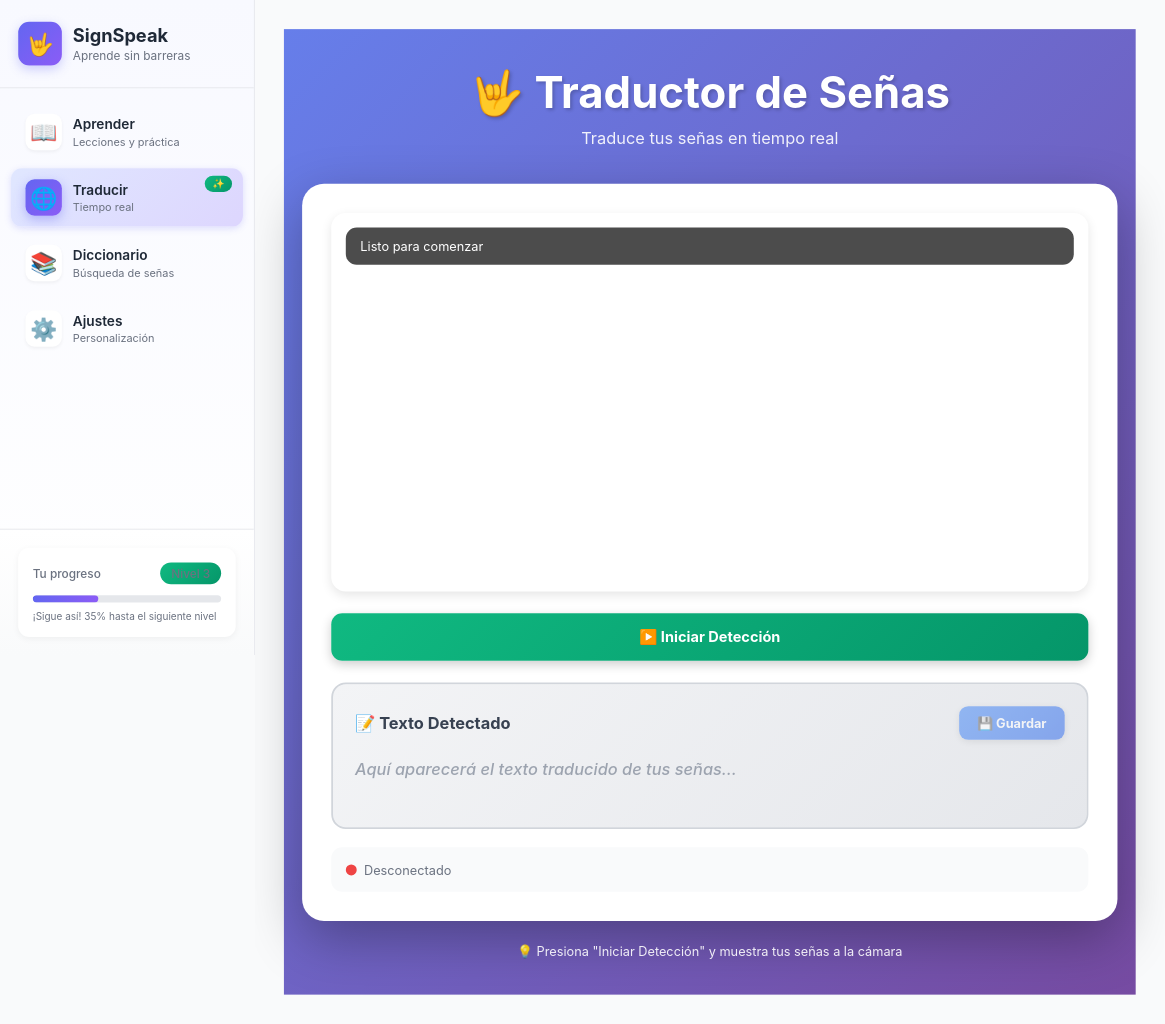
Repository: Aucarure/SignSpeak
Page: / (app in Usuario/frontend/)
The author's editor kept a copy of each file at every save. The page is drawn from the files as they stood at one save, then again after the next save.
The browser window is 1280 px wide. The pictures show the whole page, at 91% of full size.
The page's requests for data from a server got no answer. The project was rebuilt for these pictures with package versions that can differ from the ones it lists, and the page was loaded fresh each time. No one was signed in, and anything a server would have sent is missing. Also part of the build but not shown: Usuario/frontend/vite.config.js, Usuario/frontend/src/pages/Learn.jsx, Usuario/frontend/src/pages/Dictionary.jsx, Usuario/frontend/src/pages/Settings.jsx, Usuario/frontend/src/api/diccionario.js, Usuario/frontend/src/hooks/useDiccionario.js, Usuario/frontend/src/components/diccionario/SenaCard.jsx, Usuario/frontend/src/components/diccionario/UnityPlayer.jsx and 2 more.

Above is the page before, as saved 2025-12-04 11:41:27.

### Usuario/frontend/src/index.css
body {
  margin: 0;
  font-family: -apple-system, BlinkMacSystemFont, 'Segoe UI', 'Roboto', 'Oxygen',
    'Ubuntu', 'Cantarell', 'Fira Sans', 'Droid Sans', 'Helvetica Neue',
    sans-serif;
  -webkit-font-smoothing: antialiased;
  -moz-osx-font-smoothing: grayscale;
}

code {
  font-family: source-code-pro, Menlo, Monaco, Consolas, 'Courier New',
    monospace;
}

#root {
  min-height: 100vh;
}

### Usuario/frontend/src/App.jsx
import React from 'react';
import { BrowserRouter, Routes, Route, Navigate } from 'react-router-dom';
import MainLayout from './components/Layout/MainLayout';
import Translator from './pages/Translator';
import Learn from './pages/Learn';
import Dictionary from './pages/Dictionary';
import Settings from './pages/Settings';
import DiccionarioPage from './pages/diccionario/DiccionarioPage';
import './App.css';

function App() {
  return (
    <BrowserRouter>
      <Routes>
        <Route path="/" element={<MainLayout />}>
          <Route index element={<Navigate to="/traducir" replace />} />
          <Route path="aprender" element={<Learn />} />
          <Route path="traducir" element={<Translator />} />
          <Route path="diccionario" element={<DiccionarioPage />} />
          <Route path="ajustes" element={<Settings />} />
        </Route>
      </Routes>
    </BrowserRouter>
  );
}

export default App;

### Usuario/frontend/src/components/Layout/MainLayout.jsx
import React from 'react';
import { Outlet } from 'react-router-dom';
import Sidebar from './Sidebar';
import './MainLayout.css';

function MainLayout() {
  return (
    <div className="main-layout">
      <Sidebar />
      <div className="content-area">
        <Outlet />
      </div>
    </div>
  );
}

export default MainLayout;

### Usuario/frontend/src/pages/Translator.jsx
import React, { useRef, useEffect, useState, useCallback } from 'react';
import Webcam from 'react-webcam';

// Simulación de las APIs (mantener las importaciones reales en tu código)
const api = {
  connect: () => Promise.resolve(),
  sendFrame: () => {},
  disconnect: () => {}
};

const conversacionApi = {
  crearConversacion: () => Promise.resolve({ idConversacion: 1, guardada: false }),
  agregarMensaje: () => Promise.resolve(),
  guardarConversacion: (id, guardada) => Promise.resolve({ idConversacion: id, guardada }),
  finalizarConversacion: () => Promise.resolve()
};

function Translator() {
  const webcamRef = useRef(null);
  const intervalRef = useRef(null);

  const [detectedSign, setDetectedSign] = useState('');
  const [lastAddedSign, setLastAddedSign] = useState('');
  const [lastSignTime, setLastSignTime] = useState(0);
  const [confidence, setConfidence] = useState(0);
  const [status, setStatus] = useState('Listo para comenzar');
  const [isConnected, setIsConnected] = useState(false);
  const [isDetecting, setIsDetecting] = useState(false);
  const [handDetected, setHandDetected] = useState(false);
  const [sequenceProgress, setSequenceProgress] = useState(0);
  const [detectedText, setDetectedText] = useState('');

  // Estado para conversación
  const [conversacionActual, setConversacionActual] = useState(null);
  const [guardandoConversacion, setGuardandoConversacion] = useState(false);
  const idUsuario = 1;

  const SIGN_COOLDOWN = 2000;

  const connectToServer = useCallback(async () => {
    try {
      await api.connect(
        (data) => {
          if (data.error) {
            setStatus(`Error: ${data.error}`);
            return;
          }

          const newSign = data.prediction || '';
          const newConfidence = data.confidence || 0;
          const currentTime = Date.now();

          setConfidence(newConfidence);
          setHandDetected(data.hand_detected || false);
          setSequenceProgress(data.sequence_progress || 0);

          if (newSign && newConfidence > 0.6) {
            setDetectedSign(newSign);

            const isDifferentSign = newSign !== lastAddedSign;
            const hasTimeElapsed = (currentTime - lastSignTime) > SIGN_COOLDOWN;

            if (isDifferentSign || (newSign === lastAddedSign && hasTimeElapsed)) {
              // Agregar seña al texto detectado
              setDetectedText(prev => prev ? `${prev} ${newSign}` : newSign);

              // Guardar en BD si hay conversación activa
              if (conversacionActual) {
                conversacionApi.agregarMensaje(conversacionActual.idConversacion, {
                  tipoMensaje: 'seña_detectada',
                  señaDetectada: newSign,
                  confianzaDeteccion: newConfidence
                }).catch(err => console.error('Error guardando mensaje:', err));
              }

              setLastAddedSign(newSign);
              setLastSignTime(currentTime);
              setStatus(`✅ Seña detectada: ${newSign}`);
            }
          } else if (data.hand_detected) {
            setStatus(`🔄 Acumulando frames: ${data.sequence_progress}/30`);
          } else {
            setStatus('👋 Muestra tu mano a la cámara');
          }
        },
        (error) => {
          setStatus('❌ Error de conexión');
          setIsConnected(false);
          console.error('Error:', error);
        }
      );
      setIsConnected(true);
      setStatus('✅ Conectado al servidor');
    } catch (error) {
      setStatus('❌ No se pudo conectar al servidor');
      console.error(error);
    }
  }, [lastAddedSign, lastSignTime, conversacionActual]);

  const startDetection = useCallback(async () => {
    if (!isConnected) {
      await connectToServer();
    }

    // Crear conversación en BD al iniciar detección
    if (!conversacionActual) {
      try {
        const nuevaConversacion = await conversacionApi.crearConversacion(
          idUsuario,
          `Conversación ${new Date().toLocaleString('es-ES')}`
        );
        setConversacionActual(nuevaConversacion);
        console.log('✅ Conversación creada:', nuevaConversacion);
      } catch (error) {
        console.error('Error creando conversación:', error);
      }
    }

    setIsDetecting(true);
    setStatus('🔄 Detectando señas...');

    intervalRef.current = setInterval(() => {
      if (webcamRef.current) {
        const imageSrc = webcamRef.current.getScreenshot();
        if (imageSrc) {
          api.sendFrame(imageSrc);
        }
      }
    }, 100);
  }, [isConnected, conversacionActual, connectToServer]);

  const stopDetection = useCallback(() => {
    setIsDetecting(false);
    setStatus('⏸️ Detección pausada');
    if (intervalRef.current) {
      clearInterval(intervalRef.current);
    }
  }, []);

  const guardarConversacion = async () => {
    if (!conversacionActual) {
      alert('⚠️ No hay conversación activa para guardar');
      return;
    }

    console.log('📝 Intentando guardar conversación:', {
      id: conversacionActual.idConversacion,
      estado_actual: conversacionActual.guardada
    });

    setGuardandoConversacion(true);
    try {
      const nuevoEstado = !conversacionActual.guardada;

      const conversacionGuardada = await conversacionApi.guardarConversacion(
        conversacionActual.idConversacion,
        nuevoEstado
      );

      setConversacionActual(conversacionGuardada);
      alert(nuevoEstado ? '✅ Conversación guardada' : '📌 Conversación removida');

    } catch (error) {
      console.error('❌ Error completo:', error);
      alert(`❌ Error: ${error.response?.data?.message || 'Error al guardar'}`);
    } finally {
      setGuardandoConversacion(false);
    }
  };

  const limpiarTexto = () => {
    setDetectedText('');
    setLastAddedSign('');
    setLastSignTime(0);
  };

  const finalizarConversacion = async () => {
    if (conversacionActual) {
      try {
        await conversacionApi.finalizarConversacion(conversacionActual.idConversacion);
        console.log('✅ Conversación finalizada');
      } catch (error) {
        console.error('Error finalizando conversación:', error);
      }
    }

    stopDetection();
    setDetectedText('');
    setLastAddedSign('');
    setLastSignTime(0);
    setConversacionActual(null);
  };

  useEffect(() => {
    return () => {
      if (intervalRef.current) {
        clearInterval(intervalRef.current);
      }
      api.disconnect();
    };
  }, []);

  const videoConstraints = {
    width: 1280,
    height: 720,
    facingMode: 'user'
  };

  return (
    <div style={{
      minHeight: '100vh',
      background: 'linear-gradient(135deg, #667eea 0%, #764ba2 100%)',
      padding: '40px 20px'
    }}>
      <div style={{
        maxWidth: '900px',
        margin: '0 auto'
      }}>
        {/* Header */}
        <div style={{
          textAlign: 'center',
          marginBottom: '40px',
          color: 'white'
        }}>
          <h1 style={{
            fontSize: '48px',
            fontWeight: 'bold',
            marginBottom: '10px',
            textShadow: '2px 2px 4px rgba(0,0,0,0.2)'
          }}>
            🤟 Traductor de Señas
          </h1>
          <p style={{
            fontSize: '18px',
            opacity: 0.9
          }}>
            Traduce tus señas en tiempo real
          </p>
        </div>

        {/* Main Card */}
        <div style={{
          background: 'white',
          borderRadius: '24px',
          padding: '32px',
          boxShadow: '0 20px 60px rgba(0,0,0,0.3)'
        }}>
          {/* Webcam */}
          <div style={{
            position: 'relative',
            borderRadius: '16px',
            overflow: 'hidden',
            marginBottom: '24px',
            boxShadow: '0 4px 12px rgba(0,0,0,0.1)'
          }}>
            <Webcam
              ref={webcamRef}
              audio={false}
              screenshotFormat="image/jpeg"
              videoConstraints={videoConstraints}
              style={{
                width: '100%',
                height: 'auto',
                display: 'block'
              }}
            />

            {/* Status Overlay */}
            <div style={{
              position: 'absolute',
              top: '16px',
              left: '16px',
              right: '16px',
              background: 'rgba(0,0,0,0.7)',
              color: 'white',
              padding: '12px 16px',
              borderRadius: '12px',
              fontSize: '14px',
              display: 'flex',
              justifyContent: 'space-between',
              alignItems: 'center'
            }}>
              <span>{status}</span>
              {handDetected && (
                <span style={{
                  background: '#10b981',
                  padding: '4px 12px',
                  borderRadius: '20px',
                  fontSize: '12px',
                  fontWeight: 'bold'
                }}>
                  ✋ Mano detectada
                </span>
              )}
            </div>

            {/* Detection Progress */}
            {isDetecting && (
              <div style={{
                position: 'absolute',
                bottom: '16px',
                left: '16px',
                right: '16px',
                background: 'rgba(0,0,0,0.7)',
                borderRadius: '12px',
                padding: '8px',
                color: 'white',
                fontSize: '12px'
              }}>
                <div style={{
                  marginBottom: '4px',
                  fontSize: '11px',
                  opacity: 0.8
                }}>
                  Progreso: {sequenceProgress}/30 frames
                </div>
                <div style={{
                  background: 'rgba(255,255,255,0.2)',
                  height: '6px',
                  borderRadius: '3px',
                  overflow: 'hidden'
                }}>
                  <div style={{
                    background: '#10b981',
                    height: '100%',
                    width: `${(sequenceProgress / 30) * 100}%`,
                    transition: 'width 0.3s ease'
                  }}></div>
                </div>
              </div>
            )}
          </div>

          {/* Control Buttons */}
          <div style={{
            display: 'flex',
            gap: '12px',
            marginBottom: '24px'
          }}>
            <button
              onClick={isDetecting ? stopDetection : startDetection}
              style={{
                flex: 1,
                padding: '16px 24px',
                fontSize: '16px',
                fontWeight: 'bold',
                border: 'none',
                borderRadius: '12px',
                cursor: 'pointer',
                transition: 'all 0.3s ease',
                background: isDetecting
                  ? 'linear-gradient(135deg, #ef4444 0%, #dc2626 100%)'
                  : 'linear-gradient(135deg, #10b981 0%, #059669 100%)',
                color: 'white',
                boxShadow: '0 4px 12px rgba(0,0,0,0.2)'
              }}
            >
              {isDetecting ? '⏸️ Pausar Detección' : '▶️ Iniciar Detección'}
            </button>

            {detectedText && (
              <button
                onClick={limpiarTexto}
                style={{
                  padding: '16px 24px',
                  fontSize: '16px',
                  fontWeight: 'bold',
                  border: 'none',
                  borderRadius: '12px',
                  cursor: 'pointer',
                  background: '#6b7280',
                  color: 'white',
                  boxShadow: '0 4px 12px rgba(0,0,0,0.2)'
                }}
              >
                🗑️ Limpiar
              </button>
            )}
          </div>

          {/* Detected Text Area */}
          <div style={{
            background: 'linear-gradient(135deg, #f3f4f6 0%, #e5e7eb 100%)',
            borderRadius: '16px',
            padding: '24px',
            marginBottom: '20px',
            minHeight: '120px',
            border: '2px solid #d1d5db'
          }}>
            <div style={{
              display: 'flex',
              justifyContent: 'space-between',
              alignItems: 'center',
              marginBottom: '12px'
            }}>
              <h3 style={{
                margin: 0,
                fontSize: '18px',
                fontWeight: 'bold',
                color: '#374151'
              }}>
                📝 Texto Detectado
              </h3>

              <button
                onClick={guardarConversacion}
                disabled={guardandoConversacion || !conversacionActual || !detectedText}
                style={{
                  padding: '10px 20px',
                  fontSize: '14px',
                  fontWeight: 'bold',
                  border: 'none',
                  borderRadius: '10px',
                  cursor: conversacionActual && detectedText ? 'pointer' : 'not-allowed',
                  transition: 'all 0.3s ease',
                  background: conversacionActual?.guardada
                    ? 'linear-gradient(135deg, #10b981 0%, #059669 100%)'
                    : 'linear-gradient(135deg, #3b82f6 0%, #2563eb 100%)',
                  color: 'white',
                  opacity: (!conversacionActual || !detectedText) ? 0.5 : 1,
                  boxShadow: '0 2px 8px rgba(0,0,0,0.15)'
                }}
              >
                {guardandoConversacion
                  ? '⏳ Guardando...'
                  : conversacionActual?.guardada
                    ? '✅ Guardada'
                    : '💾 Guardar'}
              </button>
            </div>

            <div style={{
              fontSize: '24px',
              color: '#1f2937',
              fontWeight: '500',
              minHeight: '60px',
              lineHeight: '1.6',
              wordWrap: 'break-word'
            }}>
              {detectedText || (
                <span style={{
                  color: '#9ca3af',
                  fontSize: '18px',
                  fontStyle: 'italic'
                }}>
                  Aquí aparecerá el texto traducido de tus señas...
                </span>
              )}
            </div>

            {detectedSign && (
              <div style={{
                marginTop: '12px',
                padding: '8px 12px',
                background: 'white',
                borderRadius: '8px',
                display: 'inline-block',
                fontSize: '14px',
                color: '#6b7280'
              }}>
                Última seña: <strong style={{ color: '#374151' }}>{detectedSign}</strong>
                {confidence > 0 && (
                  <span style={{ marginLeft: '8px' }}>
                    ({(confidence * 100).toFixed(0)}% confianza)
                  </span>
                )}
              </div>
            )}
          </div>

          {/* Info Footer */}
          <div style={{
            display: 'flex',
            justifyContent: 'space-between',
            alignItems: 'center',
            padding: '16px',
            background: '#f9fafb',
            borderRadius: '12px',
            fontSize: '14px',
            color: '#6b7280'
          }}>
            <div style={{ display: 'flex', alignItems: 'center', gap: '8px' }}>
              <span style={{
                width: '12px',
                height: '12px',
                borderRadius: '50%',
                background: isConnected ? '#10b981' : '#ef4444',
                display: 'inline-block'
              }}></span>
              {isConnected ? 'Conectado' : 'Desconectado'}
            </div>

            {conversacionActual && (
              <div style={{ fontSize: '12px' }}>
                ID Conversación: {conversacionActual.idConversacion}
              </div>
            )}

            {conversacionActual && (
              <button
                onClick={finalizarConversacion}
                style={{
                  padding: '6px 12px',
                  fontSize: '12px',
                  border: '1px solid #dc2626',
                  borderRadius: '6px',
                  background: 'white',
                  color: '#dc2626',
                  cursor: 'pointer',
                  fontWeight: '500'
                }}
              >
                Finalizar Conversación
              </button>
            )}
          </div>
        </div>

        {/* Help Text */}
        <div style={{
          textAlign: 'center',
          marginTop: '24px',
          color: 'white',
          fontSize: '14px',
          opacity: 0.9
        }}>
          💡 Presiona "Iniciar Detección" y muestra tus señas a la cámara
        </div>
      </div>
    </div>
  );
}

export default Translator;

### Usuario/frontend/src/App.css
* {
  box-sizing: border-box;
  margin: 0;
  padding: 0;
}

body {
  font-family: -apple-system, BlinkMacSystemFont, 'Segoe UI', 'Roboto', 'Oxygen',
    'Ubuntu', 'Cantarell', 'Fira Sans', 'Droid Sans', 'Helvetica Neue',
    sans-serif;
  -webkit-font-smoothing: antialiased;
  -moz-osx-font-smoothing: grayscale;
  background: #f9fafb;
}

button {
  font-family: inherit;
}

.App {
  min-height: 100vh;
}


/* AGREGAR AL INICIO DE APP.CSS */

/* Reset global para eliminar espacios blancos */
* {
  margin: 0;
  padding: 0;
  box-sizing: border-box;
}

html {
  height: 100%;
  width: 100%;
}

body {
  height: 100%;
  width: 100%;
  margin: 0;
  padding: 0;
  overflow-x: hidden;
}

#root {
  min-height: 100vh;
  width: 100%;
  display: flex;
  flex-direction: column;
}

.App {
  min-height: 100vh;
  width: 100%;
  display: flex;
}

.app-container {
  display: flex;
  width: 100%;
  min-height: 100vh;
}

.main-content {
  flex: 1;
  min-height: 100vh;
  overflow-y: auto;
}

.sidebar {
  min-height: 100vh;
}

/* Modo oscuro - Sin espacios blancos */
html.dark-mode,
body.dark-mode {
  background-color: #0f172a !important;
}

body.dark-mode #root,
body.dark-mode .App,
body.dark-mode .app-container,
body.dark-mode .main-content {
  background-color: #0f172a !important;
}

### Usuario/frontend/src/components/Layout/Sidebar.jsx
import React from 'react';
import { useNavigate, useLocation } from 'react-router-dom';
import './Sidebar.css';

function Sidebar() {
  const navigate = useNavigate();
  const location = useLocation();

  const menuItems = [
    {
      id: 'learn',
      icon: '📖',
      title: 'Aprender',
      subtitle: 'Lecciones y práctica',
      path: '/aprender'
    },
    {
      id: 'translate',
      icon: '🌐',
      title: 'Traducir',
      subtitle: 'Tiempo real',
      path: '/traducir',
      badge: '✨'
    },
    {
      id: 'dictionary',
      icon: '📚',
      title: 'Diccionario',
      subtitle: 'Búsqueda de señas',
      path: '/diccionario'
    },
    {
      id: 'settings',
      icon: '⚙️',
      title: 'Ajustes',
      subtitle: 'Personalización',
      path: '/ajustes'
    }
  ];

  const isActive = (path) => location.pathname === path;

  return (
    <div className="sidebar">
      {/* Header */}
      <div className="sidebar-header">
        <div className="logo-container">
          <div className="logo-icon">🤟</div>
          <div className="logo-text">
            <h1>SignSpeak</h1>
            <p>Aprende sin barreras</p>
          </div>
        </div>
      </div>

      {/* Menu Items */}
      <nav className="sidebar-nav">
        {menuItems.map((item) => (
          <button
            key={item.id}
            className={`menu-item ${isActive(item.path) ? 'active' : ''}`}
            onClick={() => navigate(item.path)}
          >
            <div className="menu-icon">{item.icon}</div>
            <div className="menu-content">
              <span className="menu-title">{item.title}</span>
              <span className="menu-subtitle">{item.subtitle}</span>
            </div>
            {item.badge && <span className="menu-badge">{item.badge}</span>}
          </button>
        ))}
      </nav>

      {/* Progress Section */}
      <div className="sidebar-footer">
        <div className="progress-section">
          <div className="progress-header">
            <span>Tu progreso</span>
            <span className="progress-level">Nivel 3</span>
          </div>
          <div className="progress-bar-container">
            <div className="progress-bar" style={{ width: '35%' }}></div>
          </div>
          <p className="progress-text">¡Sigue así! 35% hasta el siguiente nivel</p>
        </div>
      </div>
    </div>
  );
}

export default Sidebar;

### Usuario/frontend/src/components/Layout/MainLayout.css
.main-layout {
  display: flex;
  min-height: 100vh;
  background: #f9fafb;
}

.content-area {
  flex: 1;
  margin-left: 280px;
  padding: 32px;
  overflow-y: auto;
}

@media (max-width: 768px) {
  .content-area {
    margin-left: 0;
    padding: 16px;
  }
}

Loaded but not shown: Usuario/frontend/index.html (common file); Usuario/frontend/src/main.jsx (common file); Usuario/frontend/src/pages/Pages.css (392 lines, source omitted); Usuario/frontend/src/components/Layout/Sidebar.css (203 lines, source omitted)

After the next save:
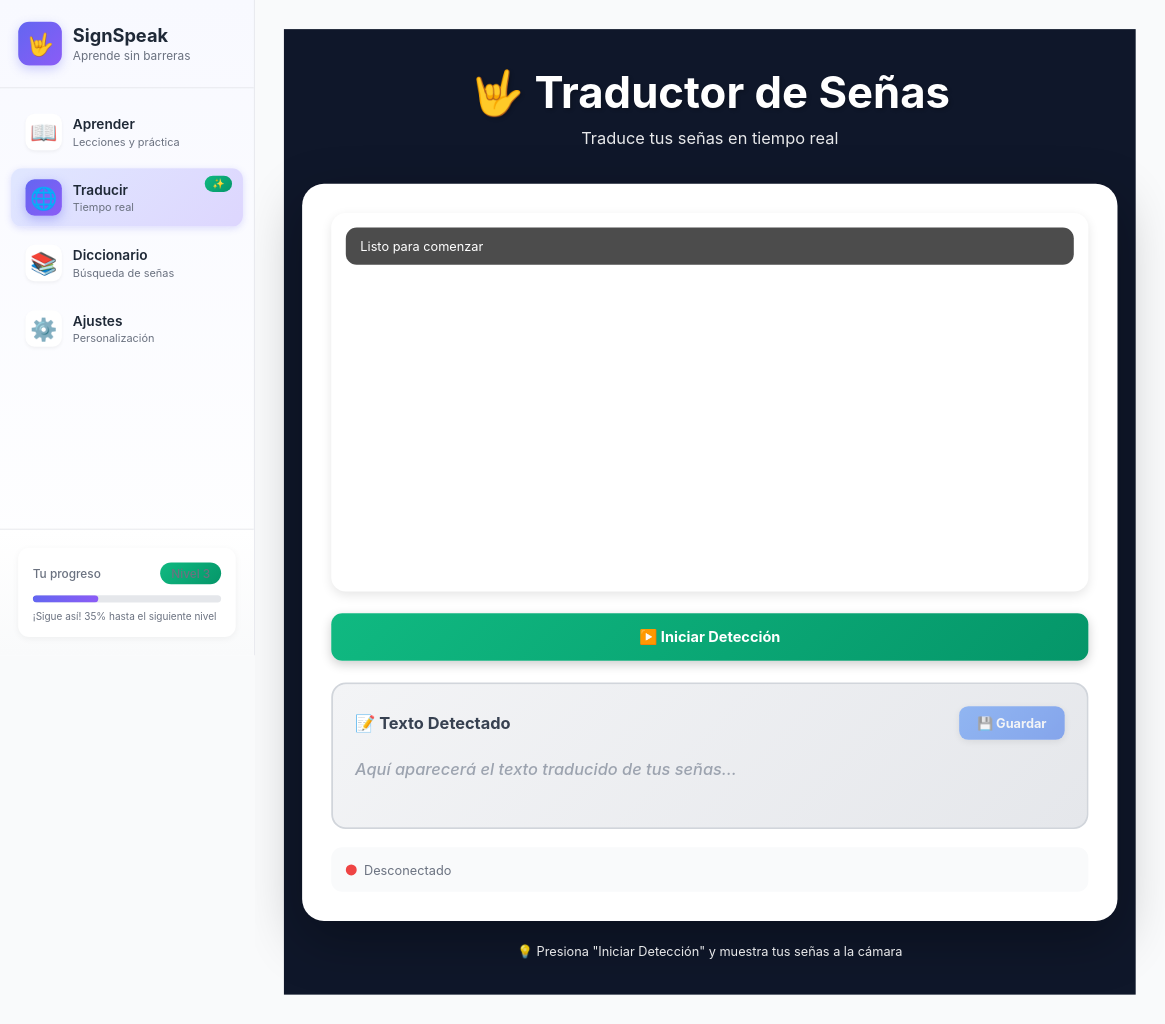
Saved 116 s later.
--- a/Usuario/frontend/src/pages/Translator.jsx
+++ b/Usuario/frontend/src/pages/Translator.jsx
@@ -209,7 +209,7 @@ function Translator() {
   return (
     <div style={{
       minHeight: '100vh',
-      background: 'linear-gradient(135deg, #667eea 0%, #764ba2 100%)',
+      background: '#0f172a',
       padding: '40px 20px'
     }}>
       <div style={{
